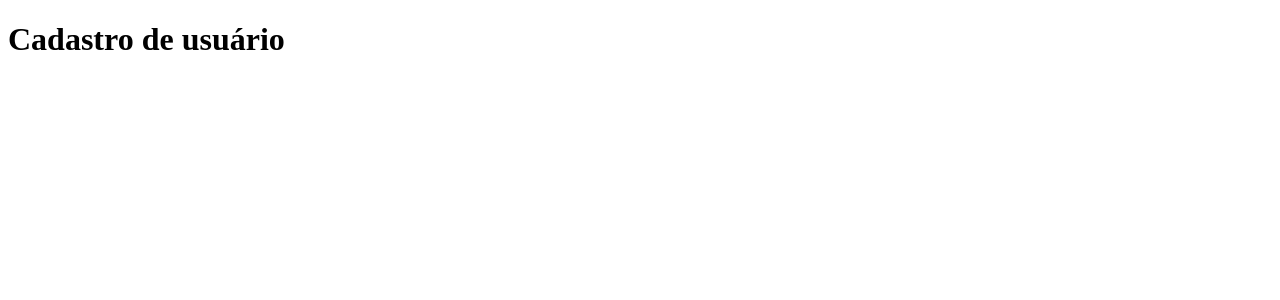
Repository: rsuzumura/fiveslivraria
Page: http://localhost/LivrariaFiveS/formCadastroUsuario.jsp
The author's editor kept a copy of each file at every save. The page is drawn from the files as they stood at one save, then again after the next save.
The browser window is 1280 px wide. The pictures show the whole page.
The page is served by Tomcat 9. Other server files are loaded and not shown.

Above is the page before, as saved 2012-04-15 00:29:20.

### LivrariaFiveS - Web/LivrariaFiveS/WebContent/formCadastroUsuario.jsp
<%@ page language="java" contentType="text/html; charset=ISO-8859-1"
	pageEncoding="ISO-8859-1"%>
<!DOCTYPE html PUBLIC "-//W3C//DTD HTML 4.01 Transitional//EN" "http://www.w3.org/TR/html4/loose.dtd">
<html>
<head>
<meta http-equiv="Content-Type" content="text/html; charset=ISO-8859-1">
<title>Cadastro de usuários</title>
</head>
<body>
	<h1>Cadastro de usuário</h1>
	<table>
		<tr>
			<td></td>
			<td></td>
		</tr>
	</table>

</body>
</html>

After the next save:
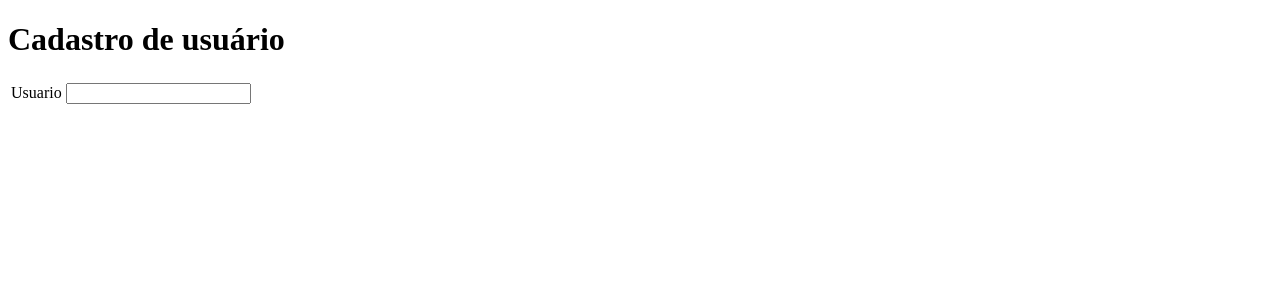
Saved 5 min 6 s later.
--- a/LivrariaFiveS - Web/LivrariaFiveS/WebContent/formCadastroUsuario.jsp
+++ b/LivrariaFiveS - Web/LivrariaFiveS/WebContent/formCadastroUsuario.jsp
@@ -10,8 +10,8 @@
 	<h1>Cadastro de usuário</h1>
 	<table>
 		<tr>
-			<td></td>
-			<td></td>
+			<td>Usuario</td>
+			<td><input id="dataNascimento" type="text"></td>
 		</tr>
 	</table>
 
